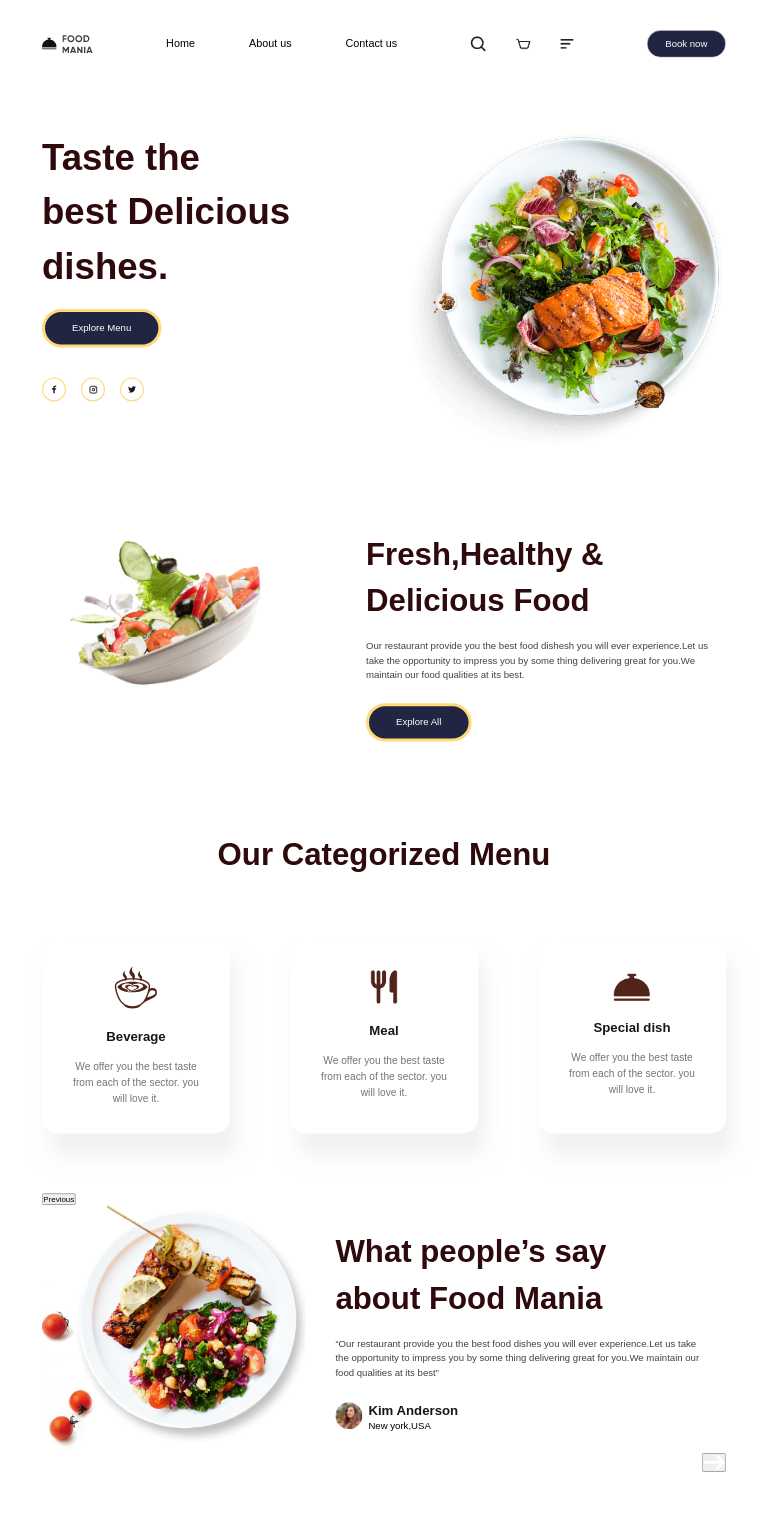
Repository: hoang0508/Figmafood
Page: index.html
An editor plug-in stored every save of this project. The page is shown before and after the next save, followed by the edit.
The browser window is 1280 px wide. The pictures show the whole page, at 60% of full size.
Some web libraries are served in a nearby version. The style sheet was rebuilt from its Sass, Less or Tailwind sources for each picture, by a compiler version that may differ from the author's.

Above is the page before, as saved 2021-11-08 14:31:31.

After the next save:
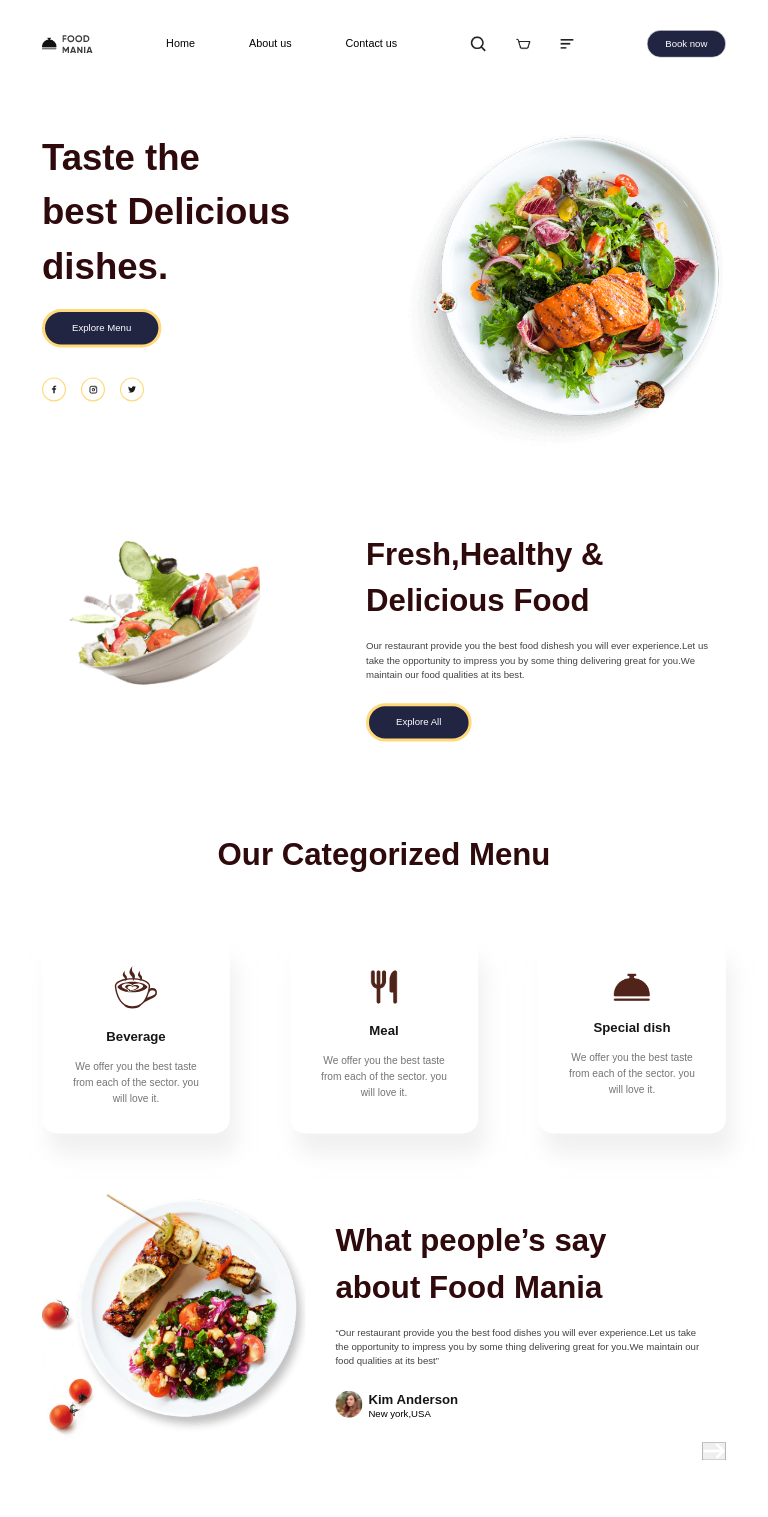
Saved 28 s later.
--- a/script/app.js
+++ b/script/app.js
@@ -3,4 +3,5 @@ $(".category-container").slick({
   slidesToShow: 1,
   slidesToScroll: 3,
   nextArrow: `<button type='button' class='slick-next pull-right'><img src="./images/arrow-icon.png" /></button>`,
+  prevArrow: false,
 });
